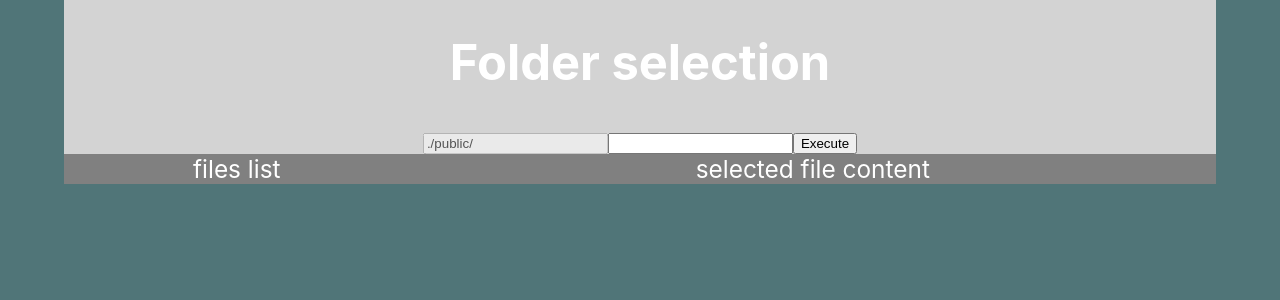
Repository: idubi/DevopsCourse
Page: / (app in lesson03/assignment/client/)
These files come from the project's save history. The page is drawn as it stood at one moment and after the next save; the edit follows.
The browser window is 1280 px wide. The pictures show the whole page.
The project was rebuilt for these pictures with package versions that can differ from the ones it lists, and the page was loaded fresh each time.

Above is the page before, as saved 2023-06-15 03:22:19.

### lesson03/assignment/client/src/App.js
import "./App.css";
import "./components/FilesBrowser";
import FileBrowser from "./components/FilesBrowser";
import styled from "styled-components";

function App() {
  return (
    <Container className="App">
      <header className="App-header">
        <FileBrowser></FileBrowser>
      </header>
    </Container>
  );
}

const Container = styled.div`
  display: flex;
  flex-direction: column;
  height: 100%;
  width: 100%;
`;

export default App;

### lesson03/assignment/client/src/App.css
.App {
  text-align: center;
}

.App-logo {
  height: 40vmin;
  pointer-events: none;
}

@media (prefers-reduced-motion: no-preference) {
  .App-logo {
    animation: App-logo-spin infinite 20s linear;
  }
}

.App-header {
  background-color: #507578;
  min-height: 100vh;
  display: flex;
  flex-direction: column;
  align-items: center;

  font-size: calc(10px + 2vmin);
  color: white;
}

.App-link {
  color: #61dafb;
}

### lesson03/assignment/client/src/components/FilesBrowser.js
import React, { useState } from "react";
import styled from "styled-components";
function FileBrowser() {
  const [path, setPath] = useState("");
  // const [response, setResponse] = useState("");

  const handlePathChange = (event) => {
    setPath(event.target.value);
  };

  const handleExecute = () => {
    //   fetch(path)
    //     .then((response) => response.json())
    //     .then((data) => setResponse(JSON.stringify(data)))
    //     .catch((error) => console.error("Error:", error));
  };

  return (
    <Container>
      <Upper>
        <h1>Folder selection</h1>
        <input type="text" value="./public/" disabled />
        <input type="text" value={path} onChange={handlePathChange} />
        <button onClick={handleExecute}>Execute</button>
      </Upper>
      <Lower>
        <LeftLowerDiv>files list</LeftLowerDiv>
        <RightLowerDiv>selected file content</RightLowerDiv>
      </Lower>
    </Container>
  );
}

const Container = styled.div`
  display: flex;
  flex-direction: column;
  height: 90%;
  width: 90%;
`;

const Upper = styled.div`
  height: 30%;
  background-color: lightgrey;
`;

const Lower = styled.div`
  display: flex;
  flex-direction: row;
  height: 100%;
`;

const LeftLowerDiv = styled.div`
  width: 30%;
  height: 100%;
  background-color: gray;
`;
const RightLowerDiv = styled.div`
  width: 70%;
  height: 100%;
  background-color: gray;
`;

export default FileBrowser;

Loaded but not shown: lesson03/assignment/client/public/index.html (common file); lesson03/assignment/client/src/index.js (common file); lesson03/assignment/client/src/index.css (common file); lesson03/assignment/client/src/reportWebVitals.js (common file)

After the next save:
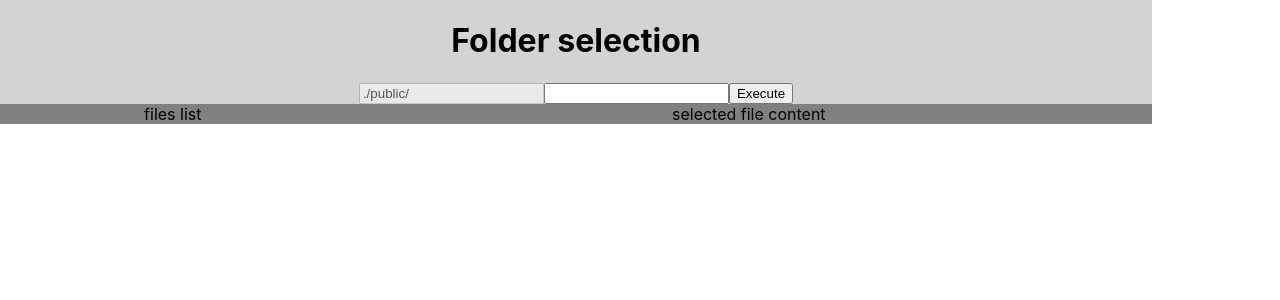
Saved 3 min 22 s later.
--- a/lesson03/assignment/client/src/App.js
+++ b/lesson03/assignment/client/src/App.js
@@ -6,9 +6,7 @@
 function App() {
   return (
     <Container className="App">
-      <header className="App-header">
-        <FileBrowser></FileBrowser>
-      </header>
+      <FileBrowser></FileBrowser>
     </Container>
   );
 }

After the save that followed:
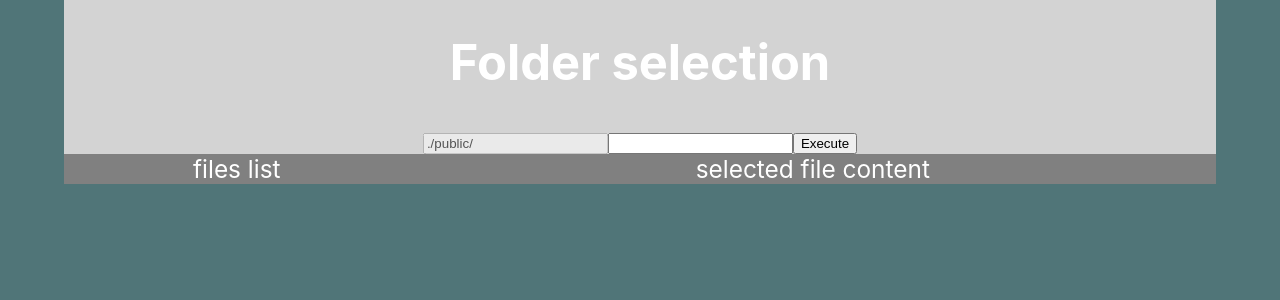
Saved 11 s later.
--- a/lesson03/assignment/client/src/App.js
+++ b/lesson03/assignment/client/src/App.js
@@ -6,7 +6,9 @@
 function App() {
   return (
     <Container className="App">
-      <FileBrowser></FileBrowser>
+      <header className="App-header">
+        <FileBrowser></FileBrowser>
+      </header>
     </Container>
   );
 }
